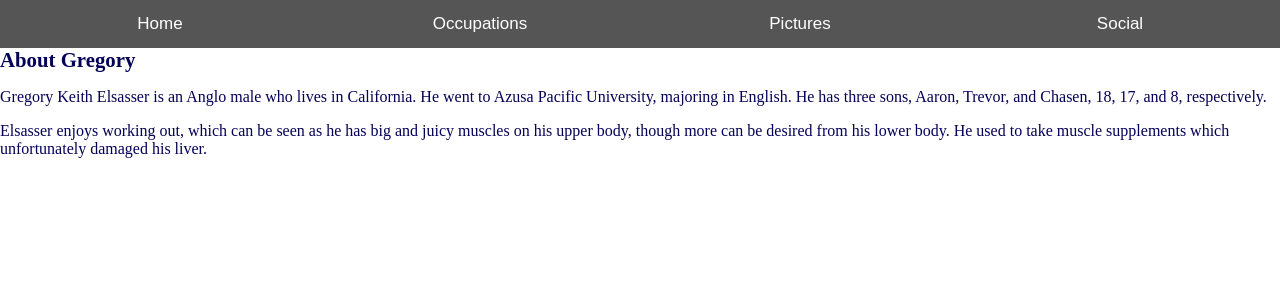
Repository: mtcheng7104/mtcheng7104.github.io
Page: website/index.html
The author's editor kept a record of every edit. The page is drawn from the files as they stood at one moment, then again after the next edit.
The browser window is 1280 px wide. The pictures show the whole page.

Above is the page before.

After the next edit:
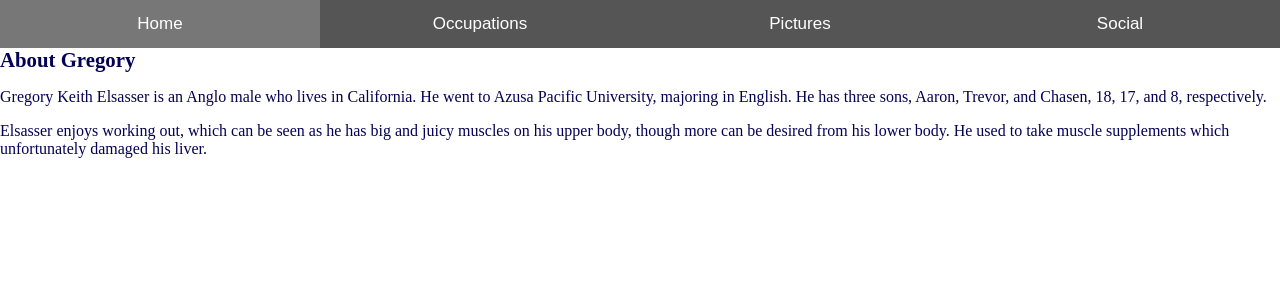
The edit:
--- a/website/website.css
+++ b/website/website.css
@@ -28,6 +28,26 @@
   margin-right: auto;
   width: 50%;
 }
-.tab button:hover {
-  background-color: #ddd;
+.tablink:hover {
+  background-color: #777;
 }
+
+.fa-facebook {
+  background: #3B5998;
+  color: white;
+}
+
+.fa-twitter {
+  background: #55ACEE;
+  color: white;
+}
+
+.fa-youtube {
+  background: #bb0000;
+  color: white;
+}
+
+.fa-instagram {
+  background: #125688;
+  color: white;
+}
